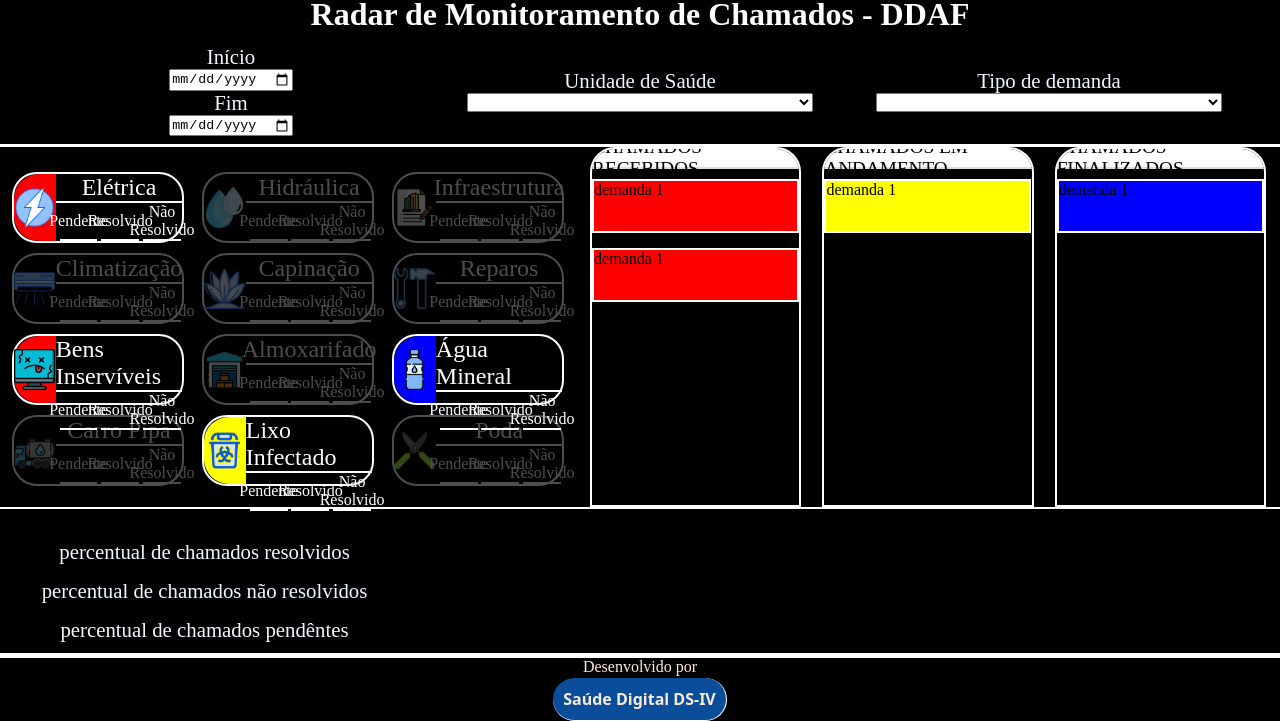
Repository: br-on/ddaf-chamados
Page: index.html
The author's editor kept a copy of each file at every save. The page is drawn from the files as they stood at one save, then again after the next save.
The browser window is 1280 px wide. The pictures show the whole page.

Above is the page before, as saved 2025-01-25 00:58:48.

After the next save:
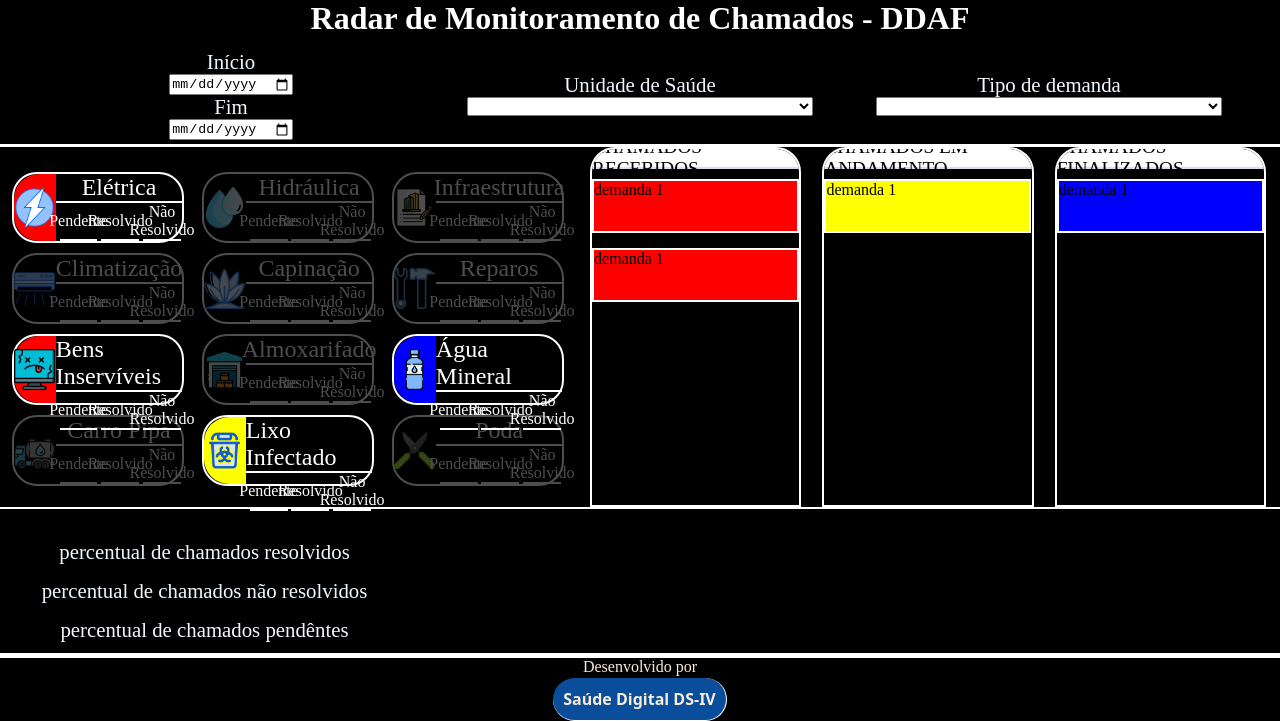
Saved 24 s later.
--- a/style.css
+++ b/style.css
@@ -231,7 +231,7 @@ footer {
         display: flex;
         flex-direction: column;
         align-items: center;
-        justify-content: center;
+        justify-content: flex-start;
     }
     main {
         height: 50vh;
